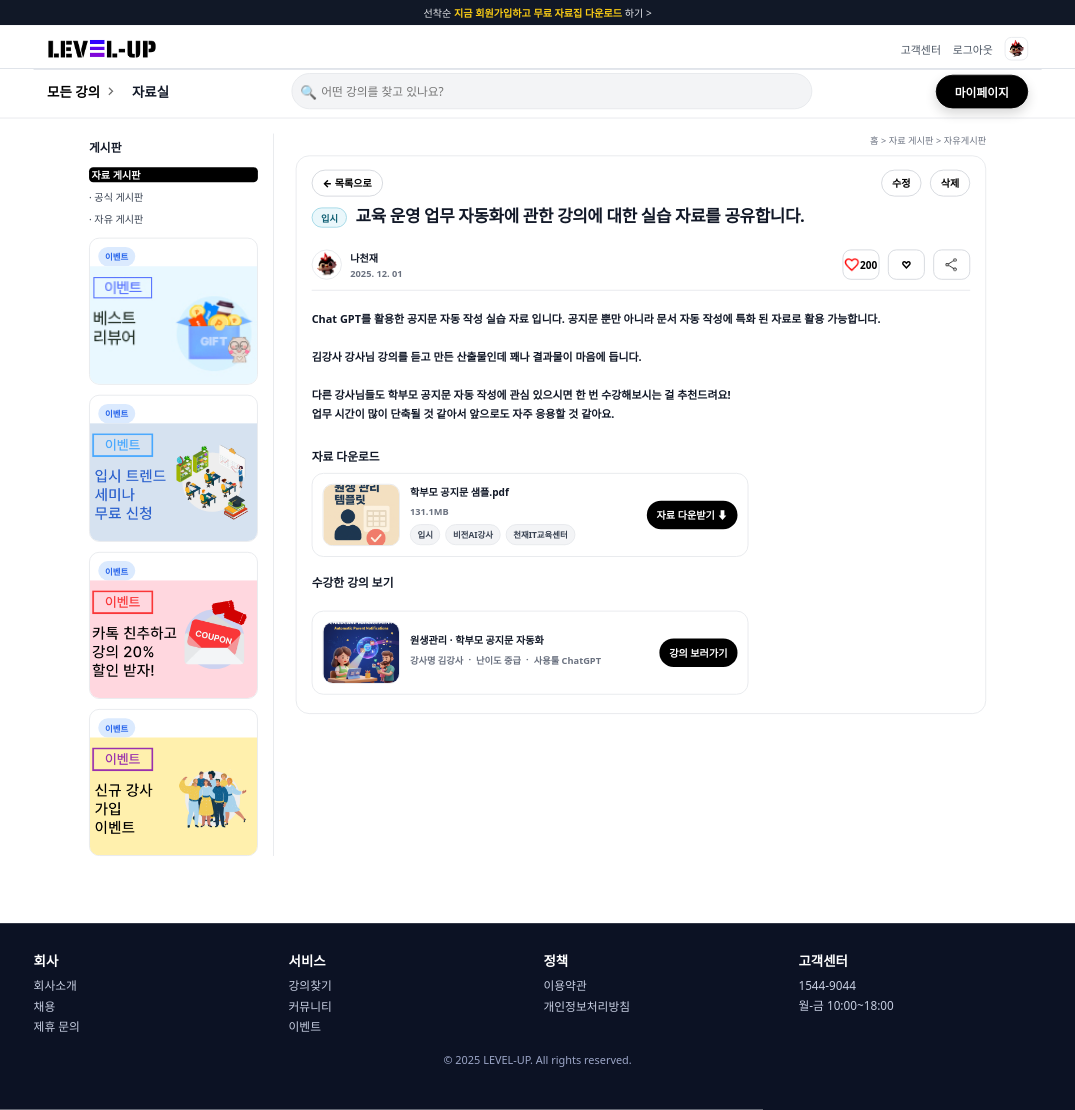
Repository: Iimchaehoon/level_up
Page: board_detail.html
An editor plug-in stored every save of this project. The page is shown before and after the next save, followed by the edit.
The browser window is 1280 px wide. The pictures show the whole page, at 84% of full size.

Above is the page before, as saved 2025-12-16 23:14:28.

After the next save:
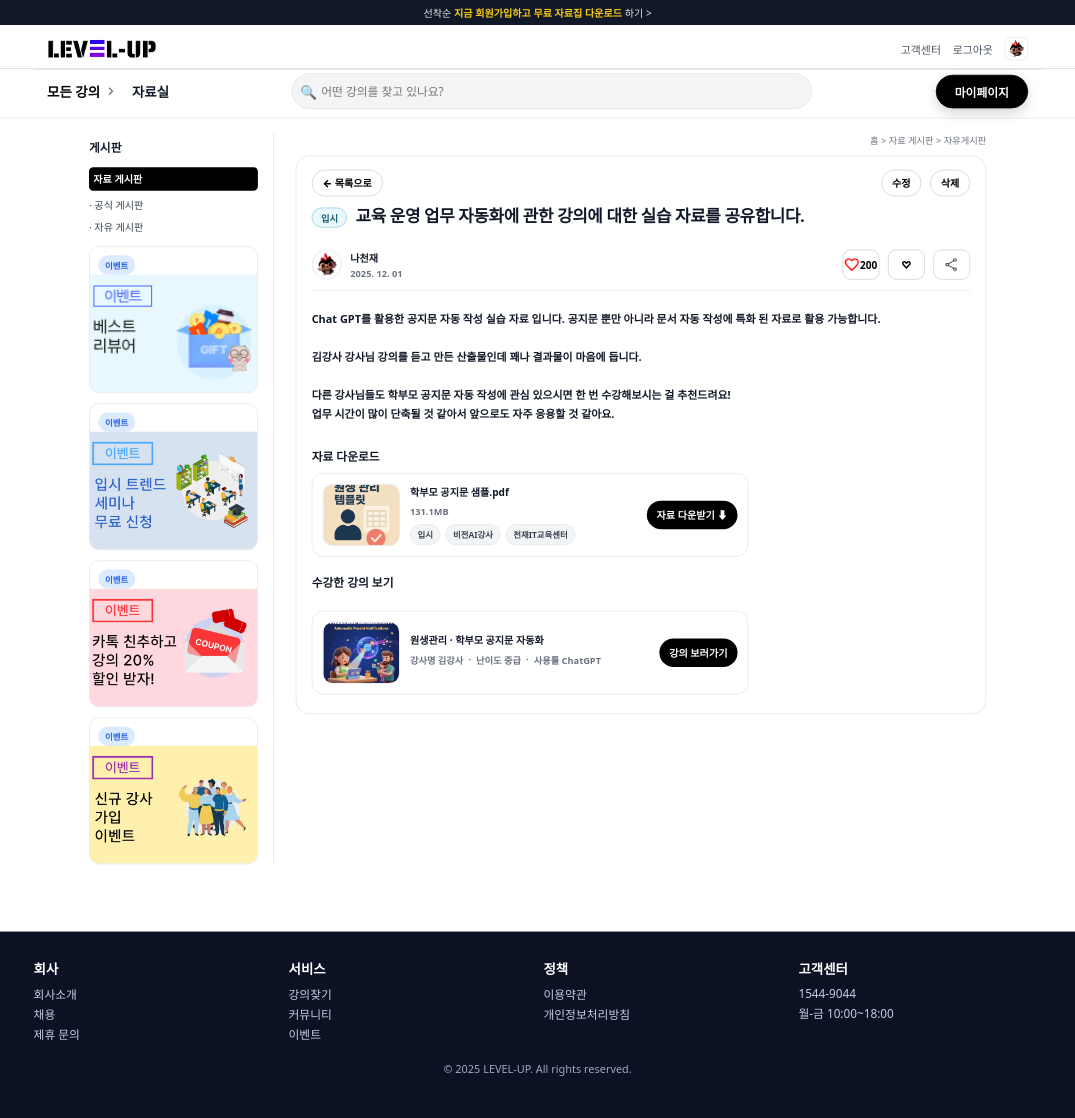
Saved 61 s later.
--- a/board_detail.html
+++ b/board_detail.html
@@ -154,7 +154,7 @@
     .side__title{ font-size:14px; font-weight:900; margin:6px 0 14px; }
     .side__links{ display:flex; flex-direction:column; gap:8px; font-size:12px; }
     .side__links a{ color:var(--gray-700); cursor:pointer; }
-    .side__links a.active{padding-left: 3px; color: white; background: black; font-weight:900; border-radius: 5px; }
+    .side__links a.active{padding: 5px; color: white; background: black; font-weight:900; border-radius: 5px; }
 
     .side__cards{ margin-top:14px; display:flex; flex-direction:column; gap:12px; }
     .evt{ border:1px solid var(--gray-200); border-radius:12px; overflow:hidden; background:#fff; }
